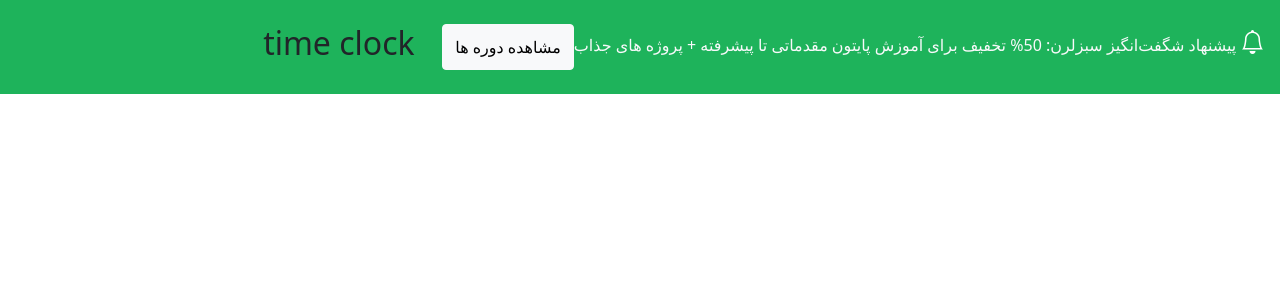
Repository: mobina-mirzaei/final-project-mirzaei
Page: index.html
The author's editor kept a copy of each file at every save. The page is drawn from the files as they stood at one save, then again after the next save.
The browser window is 1280 px wide. The pictures show the whole page.
The style sheet was rebuilt from its Sass, Less or Tailwind sources for each picture, by a compiler version that may differ from the author's.

Above is the page before, as saved 2025-06-05 21:08:21.

After the next save:
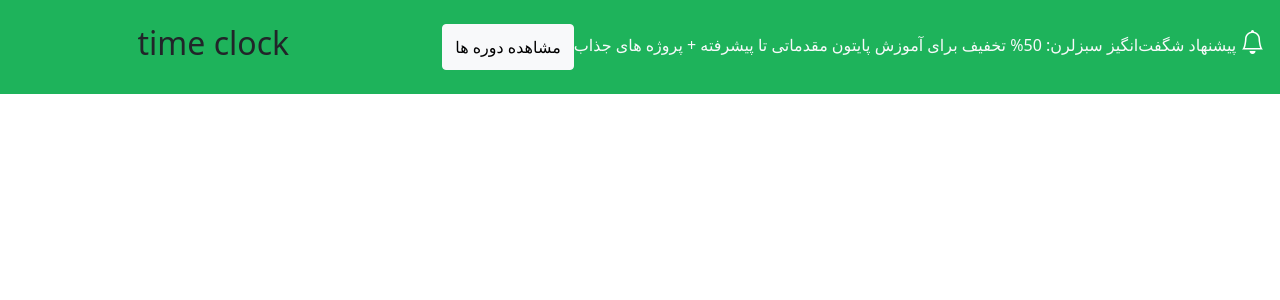
Saved 24 s later.
--- a/index.html
+++ b/index.html
@@ -26,7 +26,7 @@
             </span>
             <button class="btn btn-light">مشاهده دوره ها</button>
         </div>
-        <div class="col-lg-4">
+        <div class="col-lg-4 d-flex justify-content-center aling-items-center">
             <h2>time clock</h2>
         </div>
       </div>
